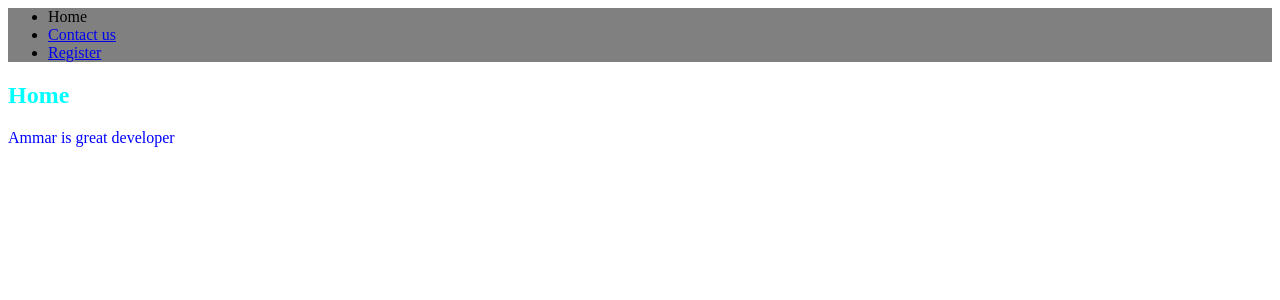
Repository: engammar111/css
Page: index.html
The author's editor kept a copy of each file at every save. The page is drawn from the files as they stood at one save, then again after the next save.
The browser window is 1280 px wide. The pictures show the whole page.

Above is the page before, as saved 2021-07-31 15:05:07.

### index.html
<html lang="en">
  <head>
    <link rel="stylesheet" href="style.css" />
    <title>css</title>
  </head>
  <body>
    <header style="background-color: grey">
      <nav>
        <ul>
          <li>Home</li>
          <li><a href="contactus.html">Contact us</a></li>
          <li><a href="register">Register</a></li>
        </ul>
      </nav>
    </header>
    <section>
      <h1 style="color: aqua">Home</h1>
      <p>Ammar is great developer</p>
    </section>
  </body>
</html>

### style.css
/* Selector {
    property : value;
} */

header {
  background-color: yellow;
}
h1 {
  color: red;
}

p {
  color: green;
}
p {
  color: blue;
}

After the next save:
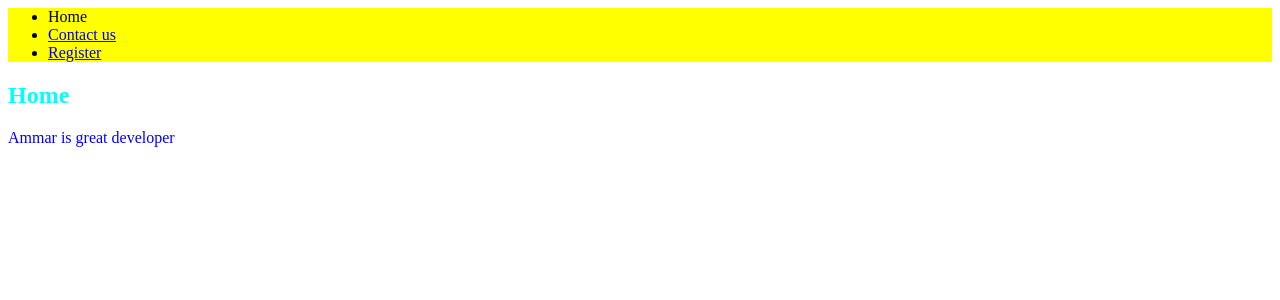
Saved 41 s later.
--- a/index.html
+++ b/index.html
@@ -4,7 +4,7 @@
     <title>css</title>
   </head>
   <body>
-    <header style="background-color: grey">
+    <header>
       <nav>
         <ul>
           <li>Home</li>
